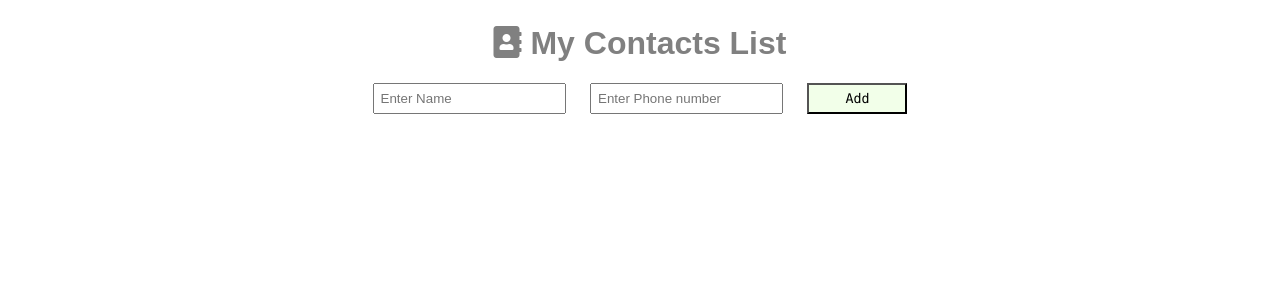
Repository: Sayan-100/Contact-List
Page: http://localhost/
An editor plug-in stored every save of this project. The page is shown before and after the next save, followed by the edit.
The browser window is 1280 px wide. The pictures show the whole page.
The pointer rests on the first visible `button`.
Some web libraries are served in a nearby version. The page is served by the project's Node server (index.js). Queries for data that is not in the repository find no rows.

Above is the page before, as saved 2022-01-09 21:47:12.

After the next save:
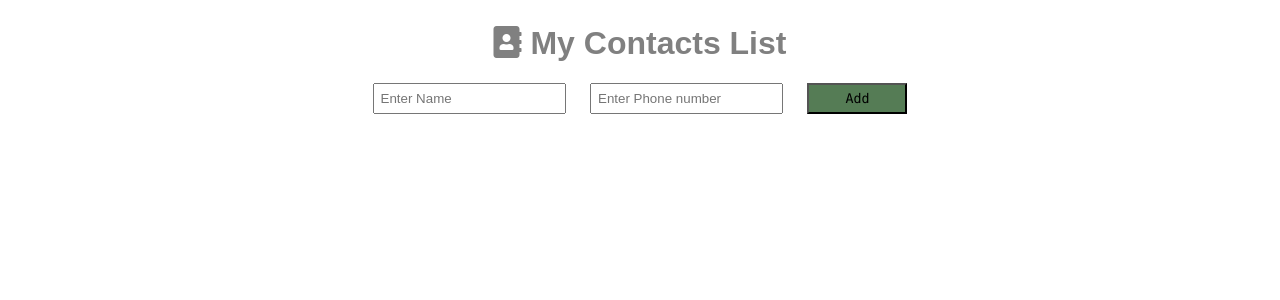
Saved 29 s later.
--- a/assets/css/home.css
+++ b/assets/css/home.css
@@ -40,7 +40,7 @@
     }
 
     button:hover {
-        background-color: #
+        background-color: #557C55
     }
 
     p {
